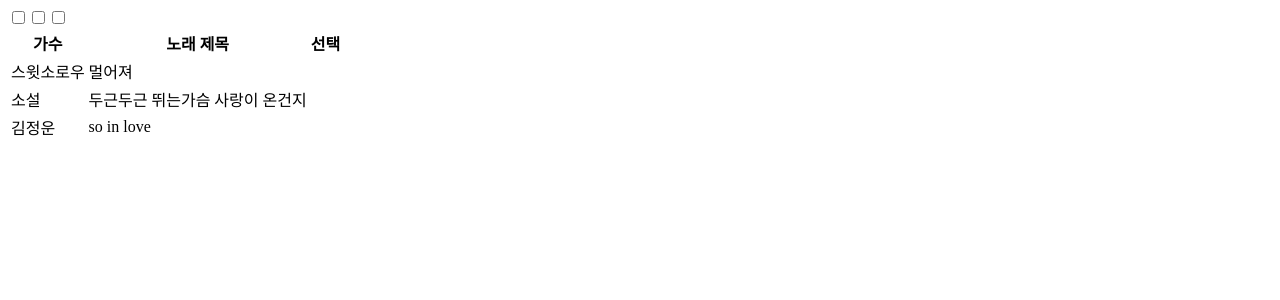
Repository: Andante8989/jsp_practice
Page: http://localhost/JSPBasic/jspobject/quiz/music.jsp
An editor plug-in stored every save of this project. The page is shown before and after the next save, followed by the edit.
The browser window is 1280 px wide. The pictures show the whole page.
The page is served by Tomcat 9.

Above is the page before, as saved 2022-03-28 09:37:12.

After the next save:
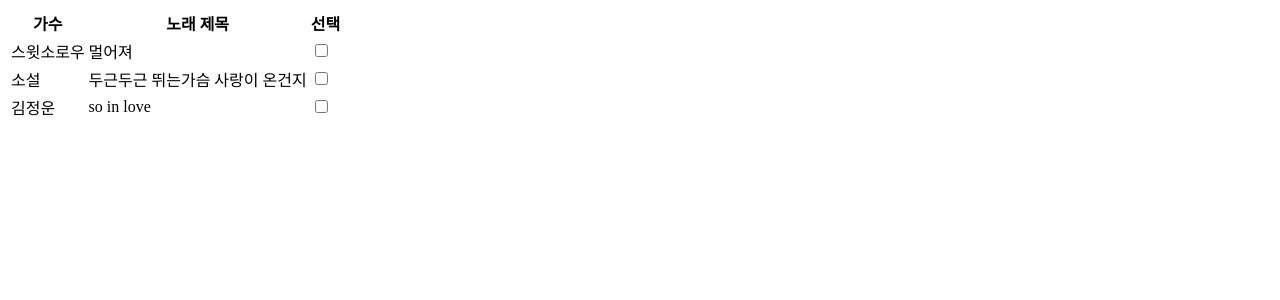
Saved 48 s later.
--- a/JSPBasic/src/main/webapp/jspobject/quiz/music.jsp
+++ b/JSPBasic/src/main/webapp/jspobject/quiz/music.jsp
@@ -18,17 +18,17 @@
 			<tr>
 				<td>스윗소로우</td>
 				<td>멀어져</td>
-				<input type="checkbox" name="song">
+				<td><input type="checkbox" name="song"></td>
 			</tr>
 			<tr>
 				<td>소설</td>
 				<td>두근두근 뛰는가슴 사랑이 온건지</td>
-				<input type="checkbox" name="song">
+				<td><input type="checkbox" name="song"></td>
 			</tr>
 			<tr>
 				<td>김정운</td>
 				<td>so in love</td>
-				<input type="checkbox" name="song">
+				<td><input type="checkbox" name="song"></td>
 			</tr>
 		</tbody>
 	</table>
